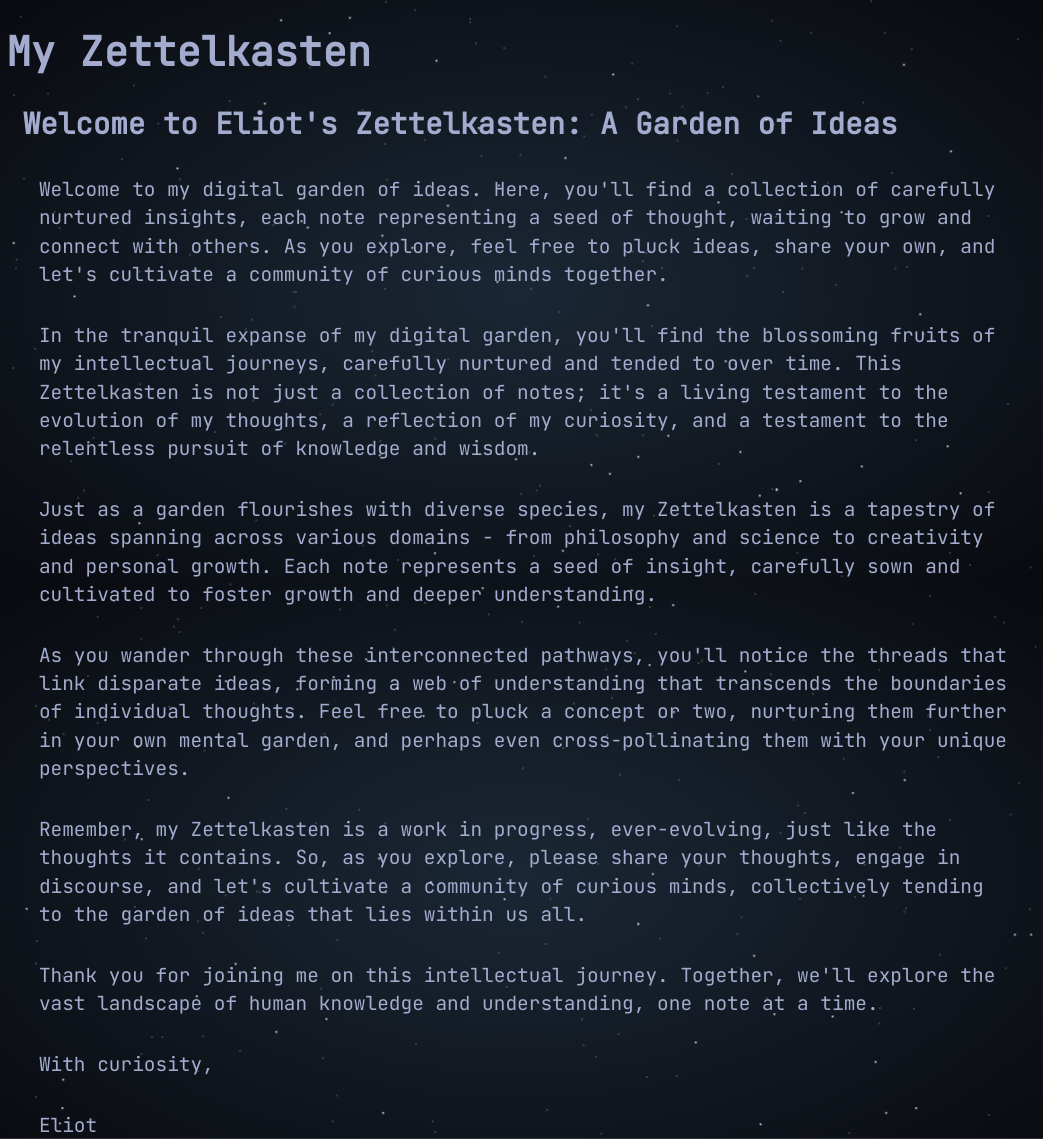
Repository: EliotKhachi/publicZk
Page: zettelkasten.html
The author's editor kept a copy of each file at every save. The page is drawn from the files as they stood at one save, then again after the next save.
The browser window is 1280 px wide. The page is 1288 px wide, so the pictures cover 1288 px, including what lies to the right of the window. The pictures show the whole page, at 81% of full size.

Above is the page before, as saved 2023-10-01 17:37:43.

After the next save:
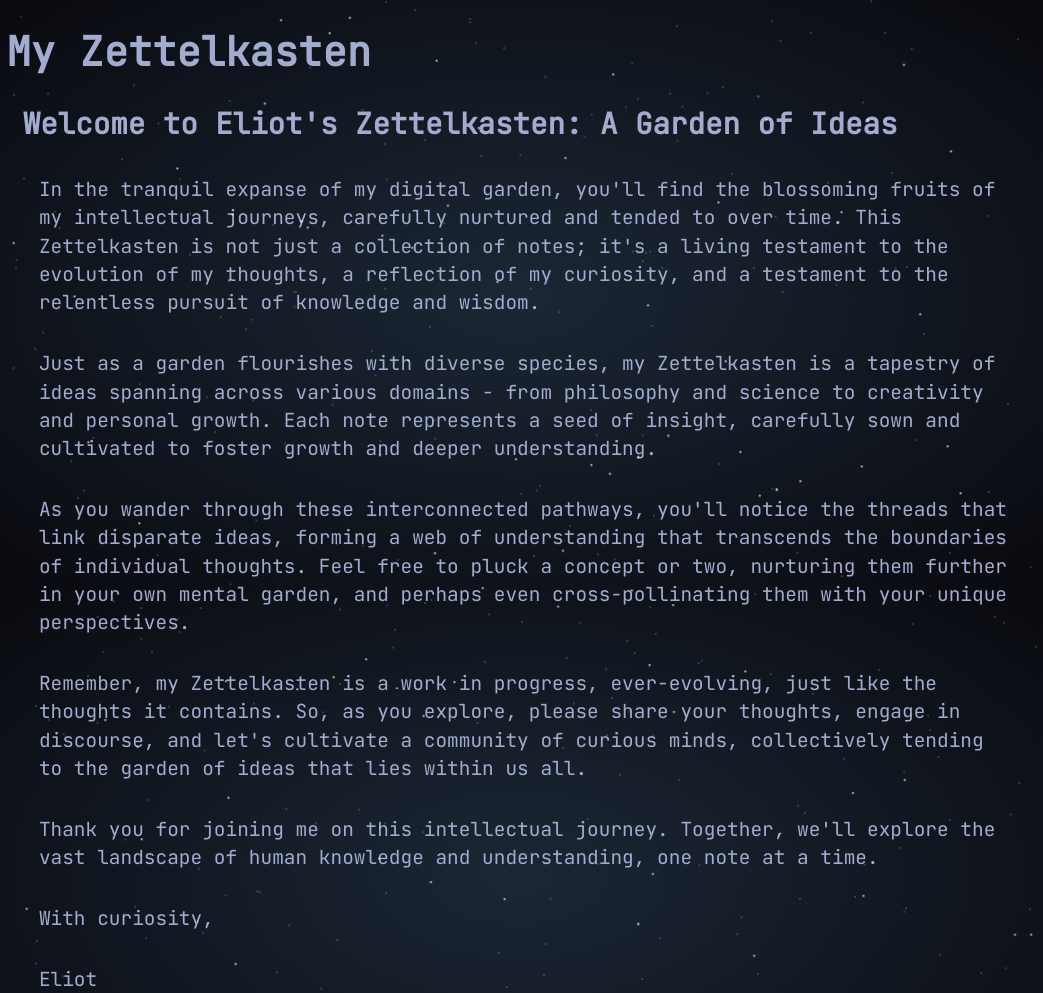
Saved 9 min 8 s later.
--- a/zettelkasten.html
+++ b/zettelkasten.html
@@ -21,14 +21,6 @@
       <h1 id="title">My Zettelkasten</h1>
       <h2 id="title">Welcome to Eliot's Zettelkasten: A Garden of Ideas</h2>
       <div class="container">
-        <p>
-          Welcome to my digital garden of ideas. Here, you'll find a collection
-          of carefully nurtured insights, each note representing a seed of
-          thought, waiting to grow and connect with others. As you explore, feel
-          free to pluck ideas, share your own, and let's cultivate a community
-          of curious minds together.
-        </p>
-
         <p>
           In the tranquil expanse of my digital garden, you'll find the
           blossoming fruits of my intellectual journeys, carefully nurtured and
